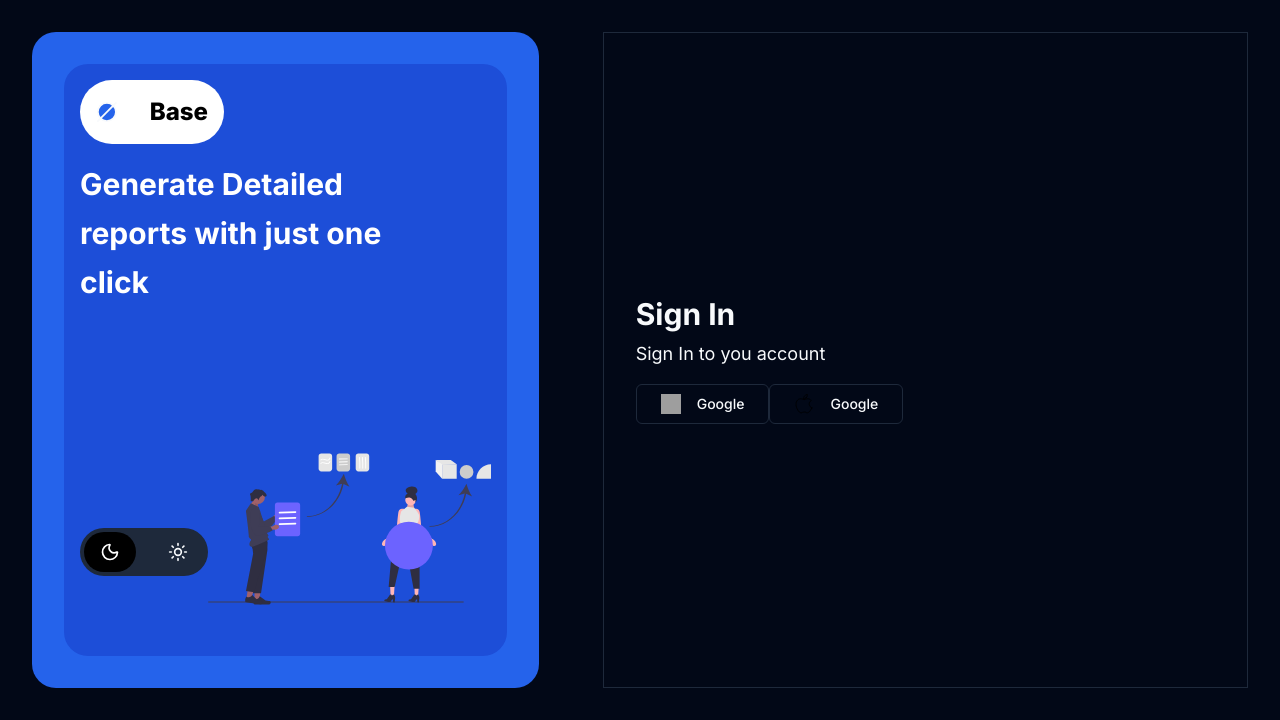
Repository: Hardyy00/openinapp_assignment
Page: /
The author's editor kept a copy of each file at every save. The page is drawn from the files as they stood at one save, then again after the next save.
The browser window is 1280 px wide. The pictures show the whole page.
Pictures or frames that could not be fetched are drawn as grey boxes. The project was rebuilt for these pictures with package versions that can differ from the ones it lists, and the page was loaded fresh each time. The framework's server and built-in components were replaced by stand-ins that run in the browser. Also part of the build but not shown: next.config.mjs.

Above is the page before, as saved 2024-08-23 16:35:56.

After the next save:
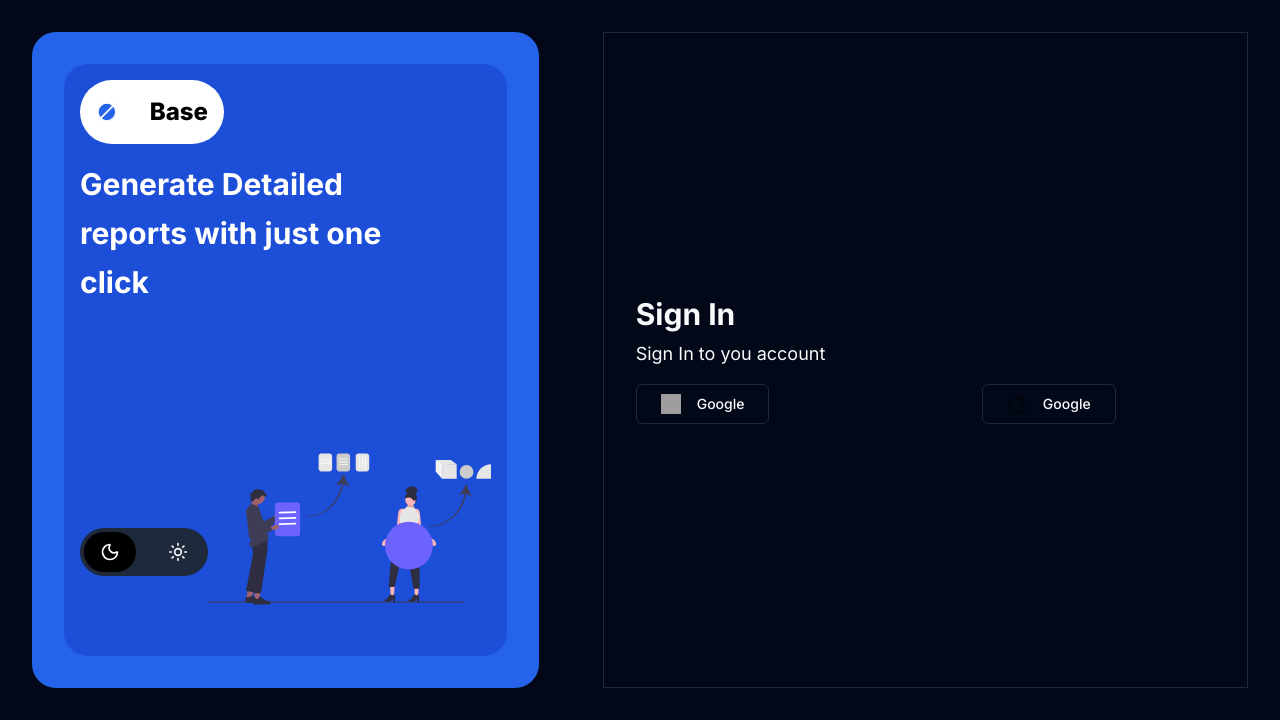
Saved 13 s later.
--- a/app/(auth)/page.tsx
+++ b/app/(auth)/page.tsx
@@ -11,7 +11,7 @@ export default function Page() {
             <p className="text-lg">Sign In to you account</p>
           </div>
 
-          <div className="flex">
+          <div className="flex justify-between">
             <Button
               className="flex items-center py-2 px-6 border space-x-4"
               variant={"ghost"}

After the save that followed:
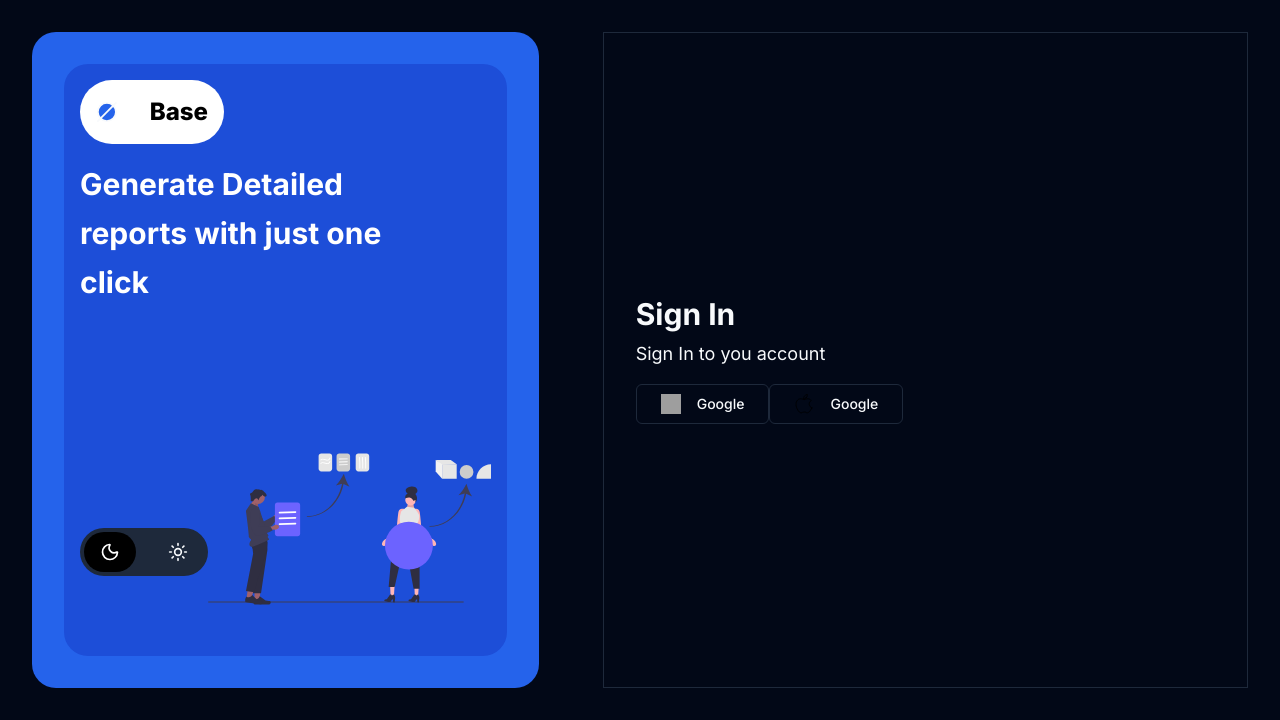
Saved 32 s later.
--- a/app/(auth)/page.tsx
+++ b/app/(auth)/page.tsx
@@ -5,7 +5,7 @@ export default function Page() {
   return (
     <div className="h-full p-8">
       <div className="p-8 border h-full flex items-center">
-        <div className="flex flex-col gap-y-4 w-[30rem]">
+        <div className="flex flex-col gap-y-4 w-[r20em]">
           <div className="space-y-2">
             <h1 className="text-foreground font-bold text-3xl">Sign In</h1>
             <p className="text-lg">Sign In to you account</p>
